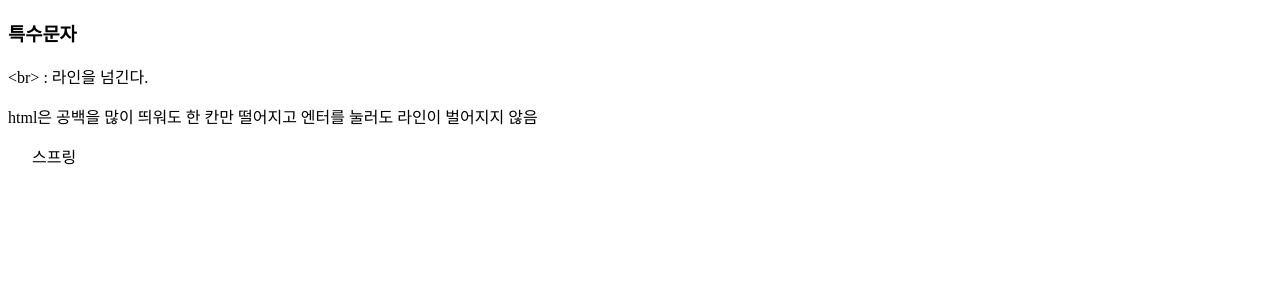
Repository: JiYoon0712/HTML_CSS_javascript
Page: work/study/src/main/webapp/htmlEx/ch02/ex05.html
The author's editor kept a copy of each file at every save. The page is drawn from the files as they stood at one save, then again after the next save.
The browser window is 1280 px wide. The pictures show the whole page.

Above is the page before, as saved 2023-04-03 03:04:13.

After the next save:
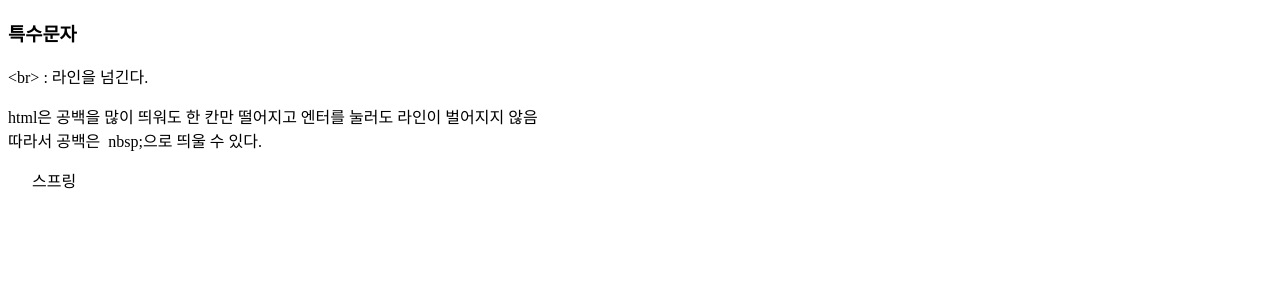
Saved 113 s later.
--- a/work/study/src/main/webapp/htmlEx/ch02/ex05.html
+++ b/work/study/src/main/webapp/htmlEx/ch02/ex05.html
@@ -11,7 +11,9 @@
 	&lt;br&gt; : 라인을 넘긴다.
 </p>
 <p>
-html은					공백을 많이 띄워도 한 칸만 떨어지고 엔터를 눌러도 라인이 벌어지지 않음
+  html은					공백을 많이 띄워도 한 칸만 떨어지고
+  엔터를 눌러도 라인이 벌어지지 않음<br>
+  따라서 공백은 &nbsp;nbsp;으로 띄울 수 있다.
 </p>
 <p>
 &nbsp;&nbsp;&nbsp;&nbsp;&nbsp;&nbsp;스프링
